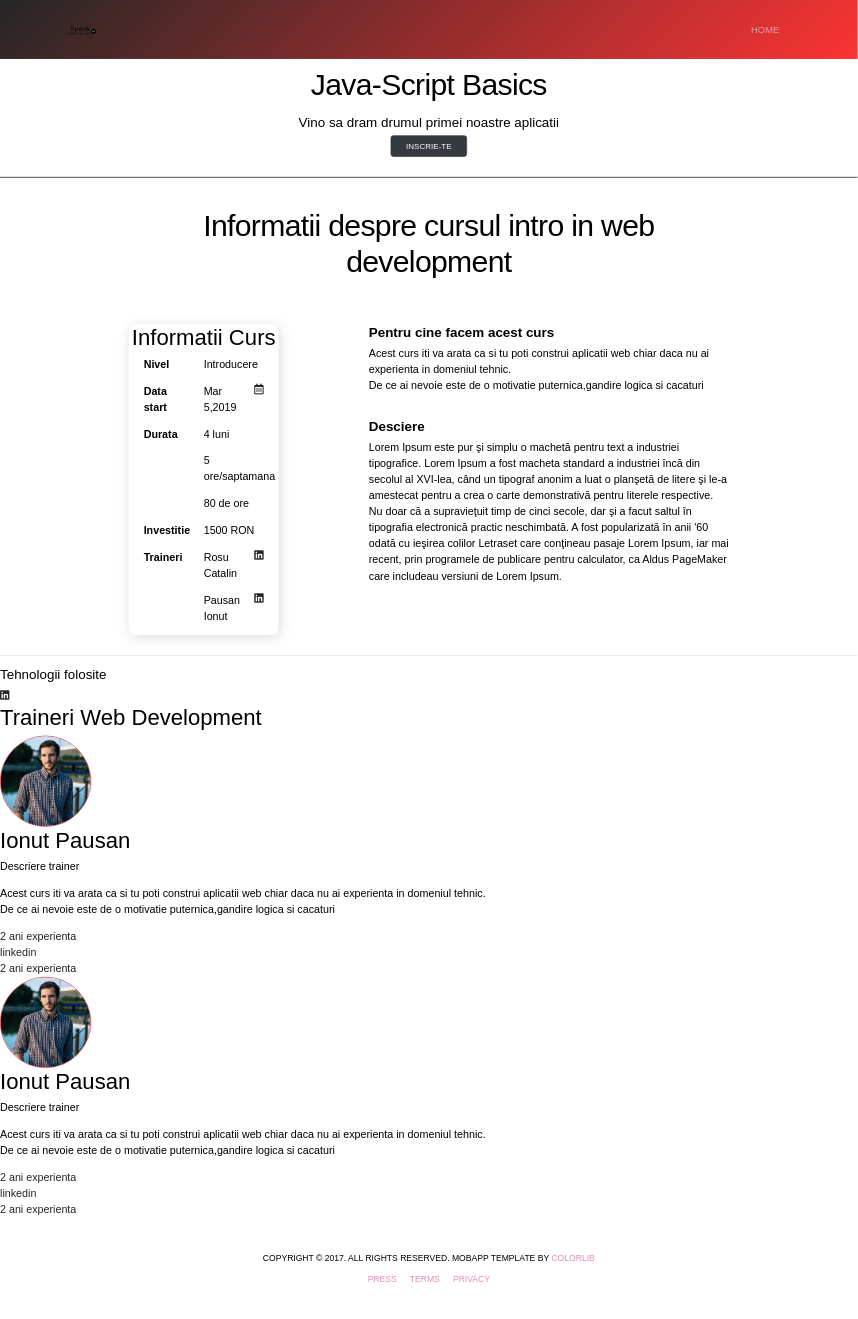
Repository: RosuCatalinDorin/ITSchool
Page: detaliiCurs/views/detalii-curs.html
An editor plug-in stored every save of this project. The page is shown before and after the next save, followed by the edit.
The browser window is 1280 px wide. The pictures show the whole page, at 67% of full size.
Some web libraries are served in a nearby version.

Above is the page before, as saved 2019-03-12 07:10:28.

### detaliiCurs/views/detalii-curs.html
<!doctype html>
<html lang="en">


<head>
    <title>Speak Programming</title>
    <!-- Required meta tags -->
    <meta charset="utf-8">
    <meta name="viewport" content="width=device-width, initial-scale=1, shrink-to-fit=no">
    <meta name="description" content="Mobland - Mobile App Landing Page Template">
    <meta name="keywords" content="HTML5, bootstrap, mobile, app, landing, ios, android, responsive">
    <!-- Font -->
    <link rel="stylesheet" href="https://use.fontawesome.com/releases/v5.7.2/css/all.css" integrity="sha384-fnmOCqbTlWIlj8LyTjo7mOUStjsKC4pOpQbqyi7RrhN7udi9RwhKkMHpvLbHG9Sr" crossorigin="anonymous">
    <link rel="dns-prefetch" href="//fonts.googleapis.com">
    <script src="//code.jquery.com/jquery-1.11.1.min.js"></script>
    <!-- Bootstrap CSS -->
    <link rel="stylesheet" href="../../css/bootstrap.min.css">
    <!-- Themify Icons -->
    <link rel="stylesheet" href="../../css/themify-icons.css">
    <!-- Owl carousel -->
    <link rel="stylesheet" href="../../css/owl.carousel.min.css">
    <link rel="stylesheet" href="../css/detalii-curs.css">
    <!-- Main css -->
    <link href="../../css/style.css" rel="stylesheet">
    <link rel="shortcut icon" href="../images/partea_de_susLogo.png"/>
    <!-- jQuery and Bootstrap -->
    <script src="../../js/jquery-3.2.1.min.js"></script>
    <script src="../../js/bootstrap.bundle.min.js"></script>
    <!-- Plugins JS -->
    <script src="../../js/owl.carousel.min.js"></script>
    <!-- Custom JS -->

</head>

<body data-spy="scroll" data-target="#navbar" data-offset="30">

<!-- Nav Menu -->
<div class="nav-menu fixed-top">
    <div class="container">
        <div class="row">
            <div class="col-md-12">
                <nav class="navbar navbar-dark navbar-expand-lg">
                    <a class="navbar-brand" href="../../home-page/index.html"><img src="../../images/logo_partea_deJos.png" height="43" width="43" class="img-fluid" alt="logo"></a> <button class="navbar-toggler" type="button" data-toggle="collapse" data-target="#navbar" aria-controls="navbar" aria-expanded="false" aria-label="Toggle navigation"> <span class="navbar-toggler-icon"></span> </button>
                    <div class="collapse navbar-collapse" id="navbar">
                        <ul class="navbar-nav ml-auto">
                            <li class="nav-item"> <a class="nav-link active" href="../../home-page/index.html">HOME <span class="sr-only">(current)</span></a> </li>
                        </ul>
                    </div>
                </nav>
            </div>
        </div>
    </div>
</div>

<!-- Header start -->

<header  class="header-detalii-curs">
        <h2 class="detalii-curs-titlu" id="cursTitle">Java-Script Basics</h2>
        <h4 class="detalii-curs-motto">Vino sa dram drumul primei noastre aplicatii</h4>
        <div class="detalii-curs-button-container">
            <button type="button" class="btn btn-dark">Inscrie-te</button>
        </div>
    </div>
</header>

<!-- Header ends -->

<!-- Info curs start -->
<section class="info-curs-container">
    <div class="info-title" >
        <h2>Informatii despre cursul intro in web development</h2>
    </div>
    <div class="info-curs-detalii" >
        <div class="informatii-curs-sumar">
            <h3>Informatii Curs</h3>
            <div class="informatii-curs-row">
                <div class="row-first-elem">
                    <p>Nivel</p>
                </div>
                <p class="row-second-elem">Introducere </p>
            </div>
            <div class="informatii-curs-row">
                <div class="row-first-elem">
                    <p>Data start</p>
                </div>
                <div class="row-second-elem">
                    <div class="trainer-linkedin">
                        <p>Mar 5,2019</p>
                        <i class="far fa-calendar-alt"></i>
                    </div>
                </div>
            </div>
            <div class="informatii-curs-row">
                <div class="row-first-elem">
                    <p>Durata</p>
                </div>
                <div class="row-second-elem">
                    <p>4 luni </p>
                    <p>5 ore/saptamana </p>
                    <p>80 de ore </p>
                </div>
            </div>
            <div class="informatii-curs-row">
                    <div class="row-first-elem">
                            <p> Investitie </p>
                        </div>

                <p class="row-second-elem">1500 RON</p>
            </div>
            <div class="informatii-curs-row">
                    <div class="row-first-elem">
                            <p>Traineri</p>
                        </div>

                <div class="row-second-elem">
                    <div class="trainer-linkedin">
                        <p>Rosu Catalin</p>
                        <i href="https://www.linkedin.com/in/ro%C8%99u-c%C4%83t%C4%83lin-dorin-872322112/" class="fab fa-linkedin"></i>
                    </div>
                    <div class="trainer-linkedin">
                        <p>Pausan Ionut</p>
                        <i class="fab fa-linkedin"></i>
                    </div>
                </div>
            </div>
        </div>
        <div class="descriere-curs">
            <!-- put text into variables -->
                <div class="descriere-cui-se-adreseaza">
                    <h4>Pentru cine facem acest curs</h4>
                    <p> Acest curs iti va arata ca si tu poti construi aplicatii web chiar daca nu ai experienta in domeniul tehnic.<br> De ce ai nevoie este de o motivatie puternica,gandire  logica si cacaturi </p>
                </div>
                <div class="descriere-">
                    <h4> Desciere</h4>
                    <p>Lorem Ipsum este pur şi simplu o machetă pentru text a industriei tipografice. Lorem Ipsum a fost macheta standard a industriei încă din secolul al XVI-lea, când un tipograf anonim a luat o planşetă de litere şi le-a amestecat pentru a crea o carte demonstrativă pentru literele respective. Nu doar că a supravieţuit timp de cinci secole, dar şi a facut saltul în tipografia electronică practic neschimbată. A fost popularizată în anii '60 odată cu ieşirea colilor Letraset care conţineau pasaje Lorem Ipsum, iar mai recent, prin programele de publicare pentru calculator, ca Aldus PageMaker care includeau versiuni de Lorem Ipsum.</p>
                </div>
        </div>
    </div>
</section>
<hr>
<!-- Info curs ends -->


<!-- PROGRAMA CURS START -->

<section class="programa-curs">
    <div class="programa-curs-row">
        <h4>Tehnologii folosite</h4>
        <i class="fab fa-linkedin"></i>
    </div>
    <div class="programa-curs-row"></div>
    <div class="programa-curs-row"></div>
</section>

<!-- PROGRAMA CURS ENDS -->

<!-- Trainer description start -->
<div class="DescriereTrainer">
        <div>
            <h3> Traineri Web Development</h3>
        </div>
        <div class="contentTrainerDetails">
            <div class="team-box-trainer">
                <div class="team-img">
                    <img src="../../images/pozaIonutPausan.jpg" class="rounded-circle" alt="Cinque Terre" width="136" height="136">
                </div>
                <div class="team-title-trainer ">
                    <h3>Ionut Pausan</h3>
                </div>
            </div>
            <div class="descriereTrainer">
                <p class="textOffset">Descriere trainer</p>
                <p> Acest curs iti va arata ca si tu poti construi aplicatii web chiar daca nu ai experienta in domeniul tehnic.<br> De ce ai nevoie este de o motivatie puternica,gandire  logica si cacaturi </p>
                <div class="repetClassStyle"><span>2 ani experienta</span></div>
                <div class="repetClassStyle"><span>linkedin</span></div>
                <div class="repetClassStyle" ><span>2 ani experienta</span></div>
            </div>
        </div>
        <div class="contentTrainerDetails">
            <div class="team-box-trainer">
                <div class="team-img">
                    <img src="../../images/pozaIonutPausan.jpg" class="rounded-circle" alt="Cinque Terre" width="136" height="136">
                </div>
                <div class="team-title-trainer ">
                    <h3>Ionut Pausan</h3>
                </div>
            </div>
            <div class="">

                <p>Descriere trainer</p>
                <p> Acest curs iti va arata ca si tu poti construi aplicatii web chiar daca nu ai experienta in domeniul tehnic.<br> De ce ai nevoie este de o motivatie puternica,gandire  logica si cacaturi </p>
                <div><span>2 ani experienta</span></div>
                <div ><span>linkedin</span></div>
                <div><span>2 ani experienta</span></div>
            </div>
        </div>
    </div>
<!-- Trainer description end -->


<footer class="my-5 text-center">
    <!-- Copyright removal is not prohibited! -->
    <p class="mb-2"><small>COPYRIGHT © 2017. ALL RIGHTS RESERVED. MOBAPP TEMPLATE BY <a href="https://colorlib.com">COLORLIB</a></small></p>

    <small>
        <a href="#" class="m-2">PRESS</a>
        <a href="#" class="m-2">TERMS</a>
        <a href="#" class="m-2">PRIVACY</a>
    </small>
</footer>


</body>

</html>

### detaliiCurs/css/detalii-curs.css
/* Header start */
.header-detalii-curs {
    border-bottom: 1px solid black;
}

.container-detalii-curs {
    text-align: center;
}

.detalii-curs-button-container{
    margin-bottom: 30px;
}
/* Header ends */

/* Info curs container start */
.info-curs-container {
    width: 70%;
    margin: auto;
}

.info-title{
    padding-top: 45px;
    padding-bottom: 50px;
    height: auto;
}

.info-title h2{
    text-align: center;
}

    /* DETALII CURS -START */
.info-curs-detalii{
    display: flex;
    justify-content: space-between;
    margin-bottom: 30px;
}

.informatii-curs-sumar{
    width: 25%;
    -webkit-box-shadow: 2px 3px 18px -2px rgba(186,186,186,0.68);
    -moz-box-shadow: 2px 3px 18px -2px rgba(186,186,186,0.68);
    box-shadow: 2px 3px 18px -2px rgba(186,186,186,0.68);
    border-radius: 3%;
}

.informatii-curs-sumar h3 {
    text-align: center;
}

.informatii-curs-row{
    /* font size-font-style */
    display: flex;
}

.row-first-elem{
    font-weight: bold;
    width: 30%;
    padding-left: 10%;
}

.row-second-elem {
    width:60%;
    text-align: start;
    padding-left: 20%;
  }

.trainer-linkedin{
    display: flex;
    justify-content: space-between;
}
/* DETALII CURS -END */

/* DESCRIERE CURS START */
.descriere-curs{
    width: 60%;
}

.descriere-curs h4{
    font-weight: bold;
}

.descriere-cui-se-adreseaza{
    padding-bottom: 20px;
}


/* DESCRIERE CURS ENDS */

/* Info curs container ends */

Loaded but not shown: css/bootstrap.min.css (library); css/themify-icons.css (common file); css/owl.carousel.min.css (library); js/jquery-3.2.1.min.js (library); js/bootstrap.bundle.min.js (library); js/owl.carousel.min.js (library); css/style.css (723 lines, source omitted)

After the next save:
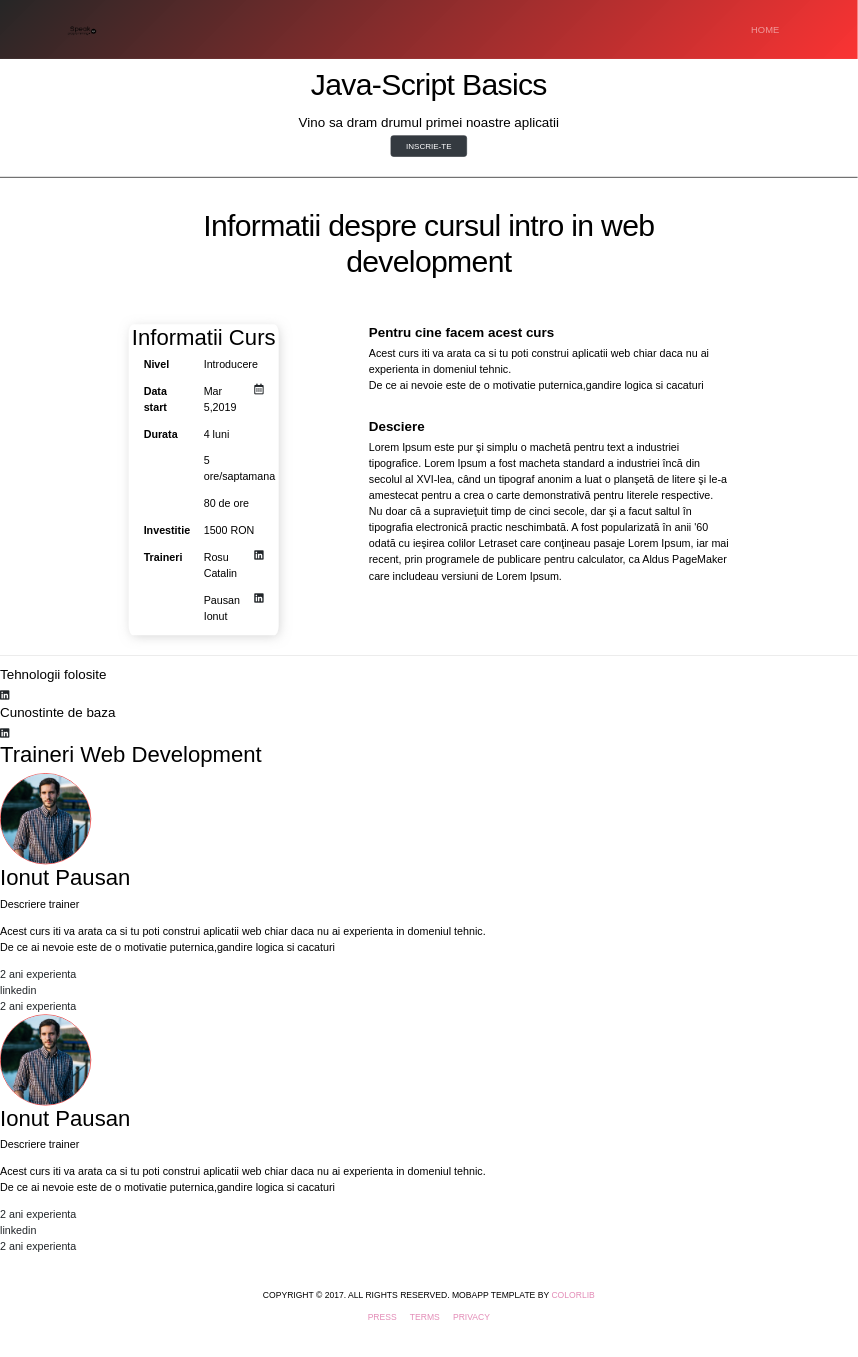
Saved 29 s later.
--- a/detaliiCurs/views/detalii-curs.html
+++ b/detaliiCurs/views/detalii-curs.html
@@ -148,7 +148,10 @@
         <h4>Tehnologii folosite</h4>
         <i class="fab fa-linkedin"></i>
     </div>
-    <div class="programa-curs-row"></div>
+    <div class="programa-curs-row">
+        <h4>Cunostinte de baza</h4>
+        <i class="fab fa-linkedin"></i>
+    </div>
     <div class="programa-curs-row"></div>
 </section>
 
